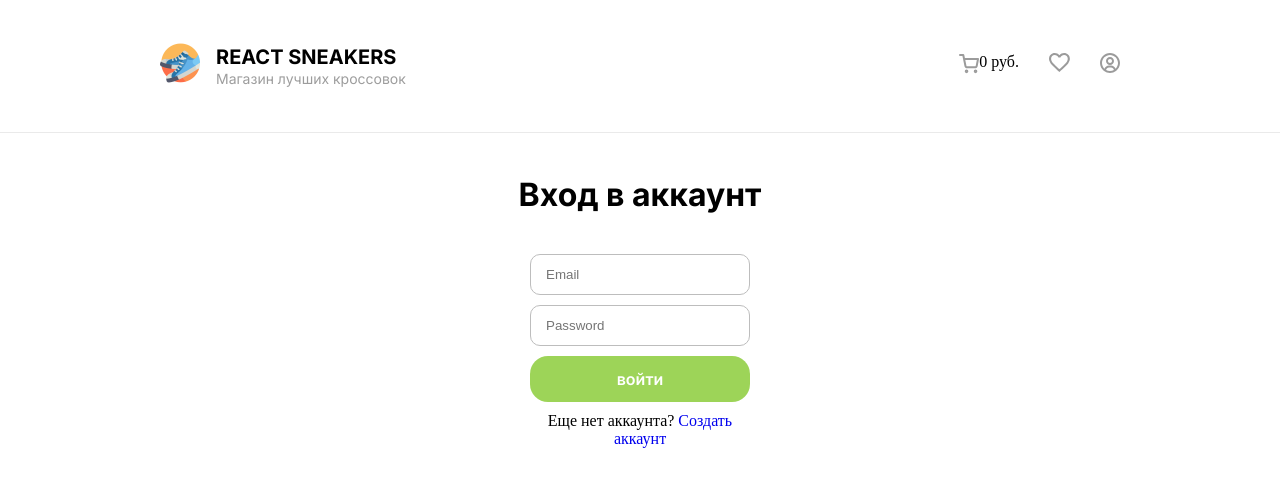
Repository: maxbirimkulov/sneakers20
Page: src/pages/login.html
An editor plug-in stored every save of this project. The page is shown before and after the next save, followed by the edit.
The browser window is 1280 px wide. The pictures show the whole page.
The style sheet was rebuilt from its Sass, Less or Tailwind sources for each picture, by a compiler version that may differ from the author's.

Above is the page before, as saved 2022-11-12 20:57:22.

After the next save:
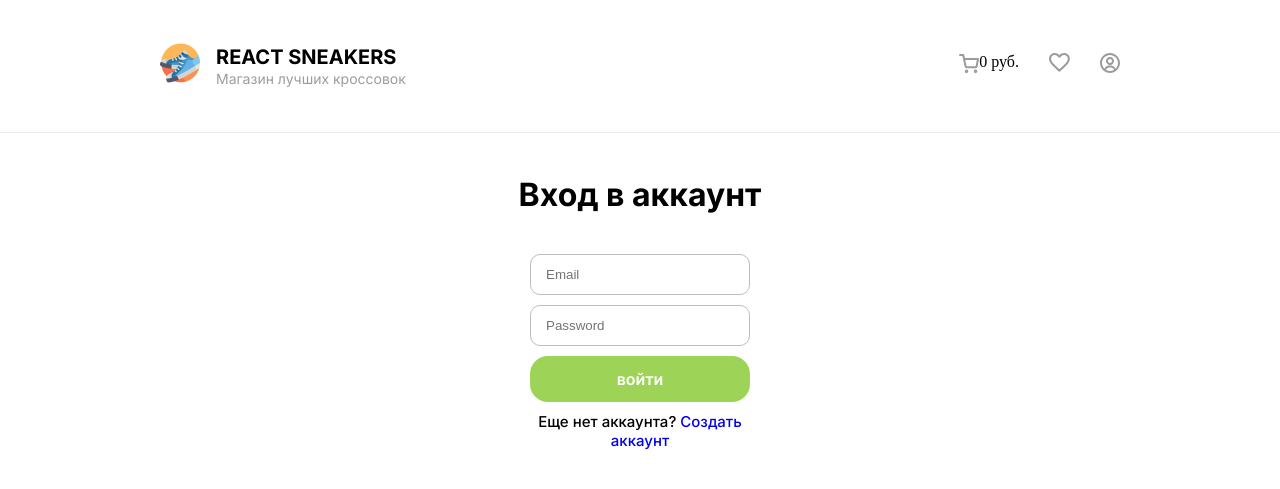
Saved 26 s later.
--- a/src/pages/login.html
+++ b/src/pages/login.html
@@ -114,7 +114,7 @@
           <input class="login__input" type="email" placeholder="Email" />
           <input class="login__input" type="password" placeholder="Password" />
           <button type="submit" class="login__btn">войти</button>
-          <span
+          <span class="login__sign"
             >Еще нет аккаунта?
             <a href="./register.html">Создать аккаунт</a></span
           >
